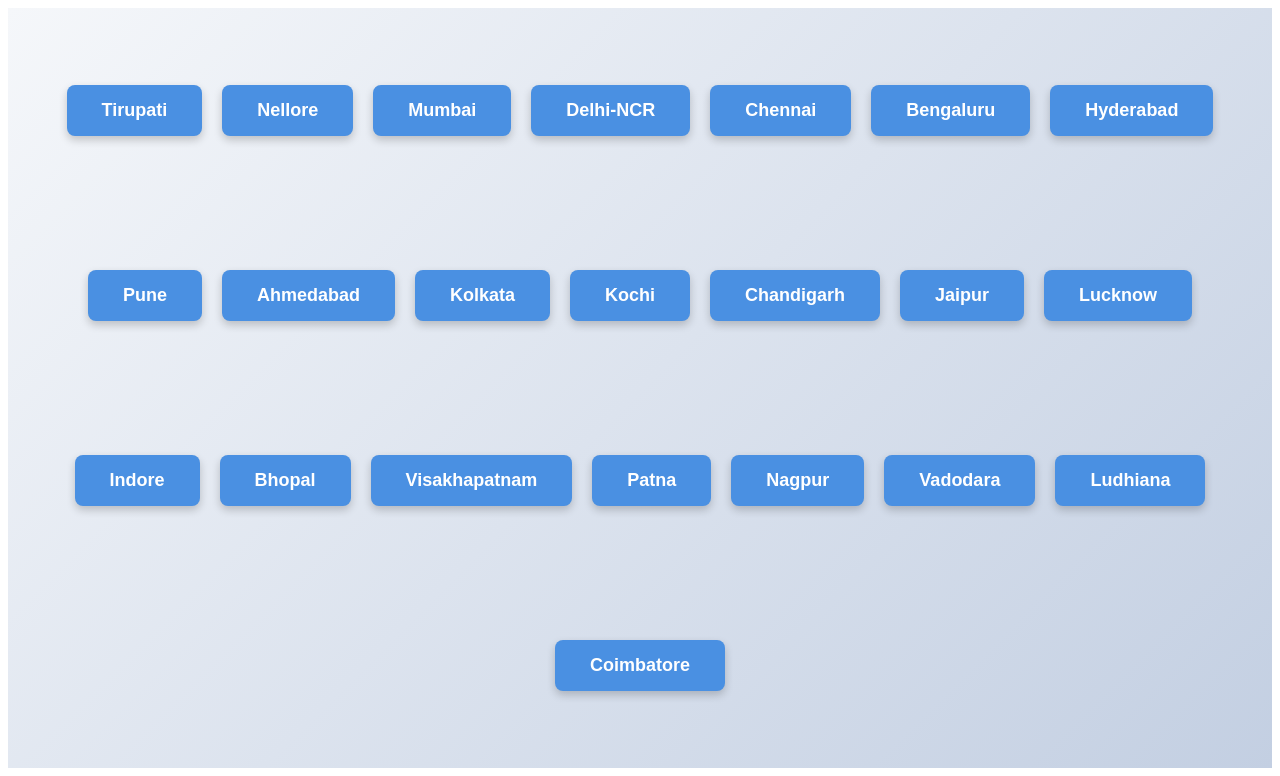
Repository: gnanaprasunag/MovieBookingApp
Page: /navigation (app in frontend/)
These files come from the project's save history. The page is drawn as it stood at one moment and after the next save; the edit follows.
The browser window is 1280 px wide. The pictures show the whole page.
The page's requests for data from a server got no answer. The project was rebuilt for these pictures with package versions that can differ from the ones it lists, and the page was loaded fresh each time. No one was signed in, and anything a server would have sent is missing. Also part of the build but not shown: frontend/src/components/PrivateRoute.js, frontend/src/components/AuthorizeRoute.js.

Above is the page before, as saved 2025-05-05 02:19:19.

### frontend/src/index.js
import React from 'react';
import ReactDOM from 'react-dom/client';
import App from './App';
import { BrowserRouter } from 'react-router-dom'
import { Provider } from 'react-redux';
import { store } from "./components/store";

store.subscribe(()=>{
  console.log("state",store.getState())
})

const root = ReactDOM.createRoot(document.getElementById('root'));
root.render(
  <BrowserRouter>
    <Provider store={store}>
      <App />
      </Provider>
  </BrowserRouter>
);

### frontend/src/App.js
import { Routes, Route } from 'react-router-dom';
import { ToastContainer } from 'react-toastify';
import 'react-toastify/dist/ReactToastify.css';
import { handleReload } from './components/regSlice';
import { useEffect, lazy, Suspense } from 'react';
import PrivateRoute from './components/PrivateRoute';
import AuthorizeRoute from './components/AuthorizeRoute';
import { useDispatch } from 'react-redux';
import {
    reloadMovies,
    reloadCastcrews,
    reloadSingledate,
    reloadTimeplaces,
    reloadBookinghistory,
    reloadRatings
} from './components/movieSlice';
import { useNavigate } from 'react-router-dom';

// Lazy-loaded components
const Register = lazy(() => import('./pages/registerLoginUserprofile/Register'));
const Login = lazy(() => import('./pages/registerLoginUserprofile/Login'));
const Profile = lazy(() => import('./pages/registerLoginUserprofile/Profile'));
const ListUsers = lazy(() => import('./pages/registerLoginUserprofile/ListUsers'));
const Forbidden = lazy(() => import('./pages/registerLoginUserprofile/Forbidden'));
const Direction = lazy(() => import('./pages/Direction'));

const MovieDetails = lazy(() => import('./pages/movieCreation/MovieDetails'));
const CastcrewDetails = lazy(() => import('./pages/castcrewCreation/CastcrewDetails'));
const TimeplaceDetails = lazy(() => import('./pages/timeplaceCreation/TimeplaceDetails'));
const BookingHistory = lazy(() => import('./pages/bookingHistory/BookingHistory'));
const UserBookingHistory = lazy(() => import('./pages/bookingHistory/UserBookingHistory'));
const RatingDetails = lazy(() => import('./pages/rating/RatingDetails'));
const Ratings = lazy(() => import('./pages/rating/Ratings'));
const AllRatings = lazy(() => import('./pages/rating/AllRatings'));

const Genre = lazy(() => import('./pages/Genre'));
const BrowseHere = lazy(() => import('./pages/BrowseHere'));
const Call = lazy(() => import('./pages/Call'));
const VoiceSearch = lazy(() => import('./pages/VoiceSearch'));
const InitialPage = lazy(() => import('./pages/InitialPage'));
const Navigation = lazy(() => import('./pages/Navigation'));
const FandQ = lazy(() => import('./pages/FandQ'));
const Pay = lazy(() => import('./pages/Pay'));
const Onmovieclick = lazy(() => import('./pages/Onmovieclick'));
const Onlocationclick = lazy(() => import('./pages/Onlocationclick'));
const Onbooktickets = lazy(() => import('./pages/Onbooktickets'));
const Onplaceclick = lazy(() => import('./pages/Onplaceclick'));
const Snack = lazy(() => import('./pages/Snack'));
const AllDetails = lazy(() => import('./pages/AllDetails'));
const BookingSummary = lazy(() => import('./pages/BookingSummary'));
const AvailableOffers = lazy(() => import('./pages/AvailableOffers'));
const ApplicableOffers = lazy(() => import('./pages/ApplicableOffers'));

function App() {
    const navigate = useNavigate();
    const dispatch = useDispatch();

    // Reload data and user session when app starts
    useEffect(() => {
        (async () => {
            try {
                console.log('before reload dispatch');
                console.log('in useEffect in app handleReload', handleReload);

                if (localStorage.getItem('token')) {
                    dispatch(handleReload());
                }
                dispatch(reloadMovies());
                dispatch(reloadCastcrews());
                dispatch(reloadTimeplaces());
                dispatch(reloadBookinghistory());
                dispatch(reloadRatings());
                dispatch(reloadSingledate());
            } catch (err) {
                console.log('error', err);
            }
        })();
    }, []);

    // Redirect "/" to /initialpage
    useEffect(() => {
        if (window.location.pathname === '/') {
            navigate('/initialpage');
        }
    }, []);

    return (
        <div className="App">
            <Suspense fallback={<div>Loading...</div>}>
                <Routes>
                    <Route path="/register" element={<Register />} />
                    <Route path="/login" element={<Login />} />
                    <Route path="/direction" element={<Direction />} />

                    <Route path="/moviedetails" element={<PrivateRoute><MovieDetails /></PrivateRoute>} />
                    <Route path="/castcrewdetails" element={<PrivateRoute><CastcrewDetails /></PrivateRoute>} />
                    <Route path="/timeplacedetails" element={<PrivateRoute><TimeplaceDetails /></PrivateRoute>} />
                    <Route path="/bookinghistory" element={<PrivateRoute><BookingHistory /></PrivateRoute>} />
                    <Route path="/userbookinghistory" element={<PrivateRoute><UserBookingHistory /></PrivateRoute>} />
                    <Route path="/ratingdetails" element={<PrivateRoute><RatingDetails /></PrivateRoute>} />
                    <Route path="/ratings" element={<Ratings />} />
                    <Route path="/allratings" element={<AllRatings />} />
                    <Route path="/alldetails" element={<PrivateRoute><AllDetails /></PrivateRoute>} />
                    <Route path="/availableoffers" element={<AvailableOffers />} />
                    <Route path="/applicableoffers" element={<PrivateRoute><ApplicableOffers /></PrivateRoute>} />
                    <Route path="/bookingsummmary" element={<PrivateRoute><BookingSummary /></PrivateRoute>} />
                    <Route path="/genre" element={<Genre />} />
                    <Route path="/browsehere" element={<BrowseHere />} />
                    <Route path="/call" element={<PrivateRoute><Call /></PrivateRoute>} />
                    <Route path="/snack" element={<PrivateRoute><Snack /></PrivateRoute>} />
                    <Route path="/voicesearch" element={<VoiceSearch />} />
                    <Route path="/navigation" element={<Navigation />} />
                    <Route path="/initialpage" element={<InitialPage />} />
                    <Route path="/profile" element={<PrivateRoute><Profile /></PrivateRoute>} />
                    <Route path="/fandq" element={<FandQ />} />
                    <Route path="/pay" element={<PrivateRoute><Pay /></PrivateRoute>} />
                    <Route path="/onmovieclick" element={<Onmovieclick />} />
                    <Route path="/onplaceclick" element={<Onplaceclick />} />
                    <Route path="/onlocationclick" element={<Onlocationclick />} />
                    <Route path="/onbooktickets" element={<Onbooktickets />} />

                    <Route path="/listusers" element={
                        <PrivateRoute>
                            <AuthorizeRoute roles={['admin', 'moderator']}>
                                <ListUsers />
                            </AuthorizeRoute>
                        </PrivateRoute>
                    } />

                    <Route path="/forbidden" element={<Forbidden />} />
                </Routes>
            </Suspense>
            <ToastContainer />
        </div>
    );
}

export default App;

### frontend/src/components/store.js
import { configureStore } from "@reduxjs/toolkit";
import userReducer from "./regSlice";
import movieReducer from "./movieSlice";

export const store = configureStore({
  reducer: {
    user: userReducer,
    movieSlice:movieReducer
  },
});

console.log(store.getState());

### frontend/src/components/regSlice.js
import { createSlice, createAsyncThunk } from '@reduxjs/toolkit';
import { toast } from 'react-toastify';
import axios from '../config/axios';

// ------------------------------
// 🟢 Async Thunks
// ------------------------------

const handleApiErrors = (err, rejectWithValue, defaultMsg = 'An error occurred') => {
    if (err.response?.data?.error) {
        return rejectWithValue({ serverErrors: [err.response.data.error] });
    } else if (err.response?.data?.errors) {
        const array = err.response.data.errors.map((ele) => ele.msg);
        return rejectWithValue({ serverErrors: array });
    } else {
        return rejectWithValue({ serverErrors: [defaultMsg] });
    }
};

export const handleEditProfile = createAsyncThunk(
    "users/handleEditProfile",
    async ({ editId, formData }, { rejectWithValue }) => {
        try {
            const response = await axios.put(
                `/api/users/change-profile/${editId}`,
                formData,
                { headers: { 'Authorization': localStorage.getItem('token') } }
            );
            return response.data;
        } catch (err) {
            return handleApiErrors(err, rejectWithValue, 'Failed to edit profile');
        }
    }
);

export const handleRegister = createAsyncThunk(
    "users/handleRegister",
    async (formData, { rejectWithValue }) => {
        try {
            const response = await axios.post('/api/users/register', formData);
            toast('Successfully Registered', { autoClose: 1000 });
            return response.data;
        } catch (err) {
            return handleApiErrors(err, rejectWithValue, 'Registration failed');
        }
    }
);

export const handleReload = createAsyncThunk(
    "users/handleReload",
    async (_, { rejectWithValue }) => {
        try {
            const response = await axios.get('/api/users/account', {
                headers: { 'Authorization': localStorage.getItem('token') }
            });
            return response.data;
        } catch (err) {
            return handleApiErrors(err, rejectWithValue, 'Failed to reload user data');
        }
    }
);

export const handlemailcheck = createAsyncThunk(
    "users/handleEmailcheck",
    async ({ email }, { rejectWithValue }) => {
        try {
            const response = await axios.post('/api/users/mailcheck', { email });
            return response.data;
        } catch (err) {
            return rejectWithValue({
                serverErrors: ['Email ID is not present']
            });
        }
    }
);

export const handleLogin = createAsyncThunk(
    "users/handleLogin",
    async (formData, { rejectWithValue }) => {
        try {
            const response = await axios.post('/api/users/login', formData, {
                headers: { 'Authorization': localStorage.getItem('token') }
            });
            localStorage.setItem('token', response.data.token);
            toast('Successfully logged in');
            return response.data;
        } catch (err) {
            return handleApiErrors(err, rejectWithValue, 'Login failed');
        }
    }
);

// ------------------------------
// 🟢 Slice
// ------------------------------

const initialState = {
    user: null,
    isLoggedin: false,
    error: null,
    status: "idle",
    editId: null
};

const userSlice = createSlice({
    name: "users",
    initialState,
    reducers: {
        handleEditId: (state, action) => {
            state.editId = action.payload;
        },
        handleLogout: (state) => {
            localStorage.removeItem('token');
            state.user = null;
            state.isLoggedin = false;
            state.error = null;
            state.editId = null;
            state.status = "idle";
            toast("Successfully logged out");
        },
        handleServerErrors: (state, action) => {
            state.error = action.payload;
        }
    },
    extraReducers: (builder) => {
        builder
            // Register
            .addCase(handleRegister.pending, (state) => {
                state.status = "loading";
            })
            .addCase(handleRegister.fulfilled, (state, action) => {
                state.status = "success";
                state.user = action.payload;
                state.error = null;
            })
            .addCase(handleRegister.rejected, (state, action) => {
                state.error = action.payload.serverErrors;
            })

            // Login
            .addCase(handleLogin.pending, (state) => {
                state.status = "loading";
            })
            .addCase(handleLogin.fulfilled, (state, action) => {
                state.isLoggedin = true;
                state.user = action.payload.user;
                state.error = null;
            })
            .addCase(handleLogin.rejected, (state, action) => {
                state.error = action.payload.serverErrors;
            })

            // Reload
            .addCase(handleReload.fulfilled, (state, action) => {
                state.isLoggedin = true;
                state.user = action.payload;
                state.error = null;
            })

            // Edit Profile
            .addCase(handleEditProfile.fulfilled, (state, action) => {
                state.editId = null;
                state.user = action.payload;
                state.error = null;
            })
            .addCase(handleEditProfile.rejected, (state, action) => {
                state.error = action.payload.serverErrors;
            });
    }
});

export const { handleLogout, handleServerErrors, handleEditId } = userSlice.actions;
export default userSlice.reducer;

### frontend/src/components/movieSlice.js
import { createSlice, createAsyncThunk } from '@reduxjs/toolkit';
import axios from '../config/axios';


const handleApiErrors = (err, rejectWithValue) => {
    if (err.response?.data?.error) {
        return rejectWithValue({ serverErrors: [err.response.data.error] });
    } else if (err.response?.data?.errors) {
        const array = err.response.data.errors.map(ele => ele.msg);
        return rejectWithValue({ serverErrors: array });
    } else {
        return rejectWithValue({ serverErrors: ['Unknown error occurred'] });
    }
};

export const reloadSingledate = createAsyncThunk(
    "movies/reloadSingledate",
    async (_, { rejectWithValue }) => {
        try {
            const response = await axios.get('/api/singledate');
            return response.data;
        } catch (err) {
            return handleApiErrors(err, rejectWithValue);
        }
    }
);

export const reloadMovies = createAsyncThunk(
    "movies/reloadMovies",
    async (_, { rejectWithValue }) => {
        try {
            const response = await axios.get('/api/movies');
            return response.data;
        } catch (err) {
            return handleApiErrors(err, rejectWithValue);
        }
    }
);

export const reloadCastcrews = createAsyncThunk(
    "movies/reloadCastcrews",
    async (_, { rejectWithValue }) => {
        try {
            const response = await axios.get('/api/castcrew');
            return response.data;
        } catch (err) {
            return handleApiErrors(err, rejectWithValue);
        }
    }
);

export const reloadTimeplaces = createAsyncThunk(
    "movies/reloadTimeplaces",
    async (_, { rejectWithValue }) => {
        try {
            const response = await axios.get('/api/timeplace');
            return response.data;
        } catch (err) {
            return handleApiErrors(err, rejectWithValue);
        }
    }
);

export const reloadBookinghistory = createAsyncThunk(
    "movies/reloadBookinghistory",
    async (_, { rejectWithValue }) => {
        try {
            const response = await axios.get('/api/bookinghistory');
            return response.data;
        } catch (err) {
            return handleApiErrors(err, rejectWithValue);
        }
    }
);

export const reloadRatings = createAsyncThunk(
    "movies/reloadRatings",
    async (_, { rejectWithValue }) => {
        try {
            const response = await axios.get('/api/rating');
            return response.data;
        } catch (err) {
            return handleApiErrors(err, rejectWithValue);
        }
    }
);

// ------------------------------
// 🟢 Slice
// ------------------------------

const initialState = {
    allmovies: null,
    allcastcrews: null,
    alltimeplaces: null,
    allbookinghistories: null,
    allratings: null,
    allsingledate: null,
    error: null,
    status: "idle",
    editId: null
};

const movieSlice = createSlice({
    name: "movies",
    initialState,
    reducers: {
        handleEditId: (state, action) => {
            state.editId = action.payload;
        },
        handleServerErrors: (state, action) => {
            state.error = action.payload;
        },
        moviesAfterEdit: (state, action) => {
            state.allmovies = action.payload;
        },
        castcrewAfterRemove: (state, action) => {
            state.allcastcrews = action.payload;
        },
        timeplaceAfterRemove: (state, action) => {
            state.alltimeplaces = action.payload;
        },
        ratingAfterRemove: (state, action) => {
            state.allratings = action.payload;
        }
    },
    extraReducers: (builder) => {
        builder
            .addCase(reloadMovies.pending, (state) => {
                state.status = "loading";
            })
            .addCase(reloadMovies.fulfilled, (state, action) => {
                state.allmovies = action.payload;
                state.status = "idle";
            })
            .addCase(reloadMovies.rejected, (state, action) => {
                state.error = action.payload?.serverErrors;
                state.status = "idle";
            })
            .addCase(reloadSingledate.fulfilled, (state, action) => {
                state.allsingledate = action.payload;
            })
            .addCase(reloadCastcrews.fulfilled, (state, action) => {
                state.allcastcrews = action.payload;
            })
            .addCase(reloadCastcrews.rejected, (state, action) => {
                state.error = action.payload?.serverErrors;
            })
            .addCase(reloadTimeplaces.fulfilled, (state, action) => {
                state.alltimeplaces = action.payload;
            })
            .addCase(reloadBookinghistory.fulfilled, (state, action) => {
                state.allbookinghistories = action.payload;
            })
            .addCase(reloadRatings.fulfilled, (state, action) => {
                state.allratings = action.payload;
            });
    }
});

export const {
    handleEditId,
    handleServerErrors,
    moviesAfterEdit,
    castcrewAfterRemove,
    timeplaceAfterRemove,
    ratingAfterRemove
} = movieSlice.actions;

export default movieSlice.reducer;

### frontend/src/pages/Navigation.js
import { useState } from "react";
import { useNavigate } from "react-router-dom";
import "./navigation.css"; // Assuming the CSS file is in the same directory

export default function Navigation() {
  const navigate = useNavigate();
  const [selectedLocation, setSelectedLocation] = useState("");

  const places = [
    "Tirupati",
    "Nellore",
    "Mumbai",
    "Delhi-NCR",
    "Chennai",
    "Bengaluru",
    "Hyderabad",
    "Pune",
    "Ahmedabad",
    "Kolkata",
    "Kochi",
    "Chandigarh",
    "Jaipur",
    "Lucknow",
    "Indore",
    "Bhopal",
    "Visakhapatnam",
    "Patna",
    "Nagpur",
    "Vadodara",
    "Ludhiana",
    "Coimbatore",
  ];

  const handleClick = (ele) => {
    setSelectedLocation(ele);
    navigate("/initialpage", { state: { selectedlocation: ele } });
  };

  return (
    <div className="navigation-container">
      {places.map((ele, i) => (
        <button
          key={i}
          onClick={() => handleClick(ele)}
          className="location-button"
        >
          {ele}
        </button>
      ))}
    </div>
  );
}

### frontend/src/config/axios.js
import axios from 'axios'
//we can create axios configuration object
export default axios.create({
    baseURL:'http://localhost:9213'
})

### frontend/src/pages/navigation.css
/* Full-page container styling */
.navigation-container {
    display: flex;
    flex-wrap: wrap;
    justify-content: center;
    align-items: center;
    min-height: 100vh;
    background: linear-gradient(135deg, #f5f7fa, #c3cfe2); /* Soft gradient */
    gap: 20px;
    padding: 20px;
}

/* Location button styling */
.location-button {
    padding: 15px 35px;
    background-color: #4a90e2; /* Elegant blue */
    color: #fff;
    border: none;
    border-radius: 8px;
    font-size: 18px;
    font-weight: 600;
    cursor: pointer;
    box-shadow: 0 4px 8px rgba(0, 0, 0, 0.2);
    transition: all 0.3s ease;
    text-transform: capitalize;
}

/* Hover effect */
.location-button:hover {
    background-color: #357ABD;
    transform: translateY(-3px);
    box-shadow: 0 6px 12px rgba(0, 0, 0, 0.3);
}

/* Click effect */
.location-button:active {
    transform: translateY(0);
    box-shadow: 0 4px 8px rgba(0, 0, 0, 0.2);
}

Loaded but not shown: frontend/public/index.html (common file)

After the next save:
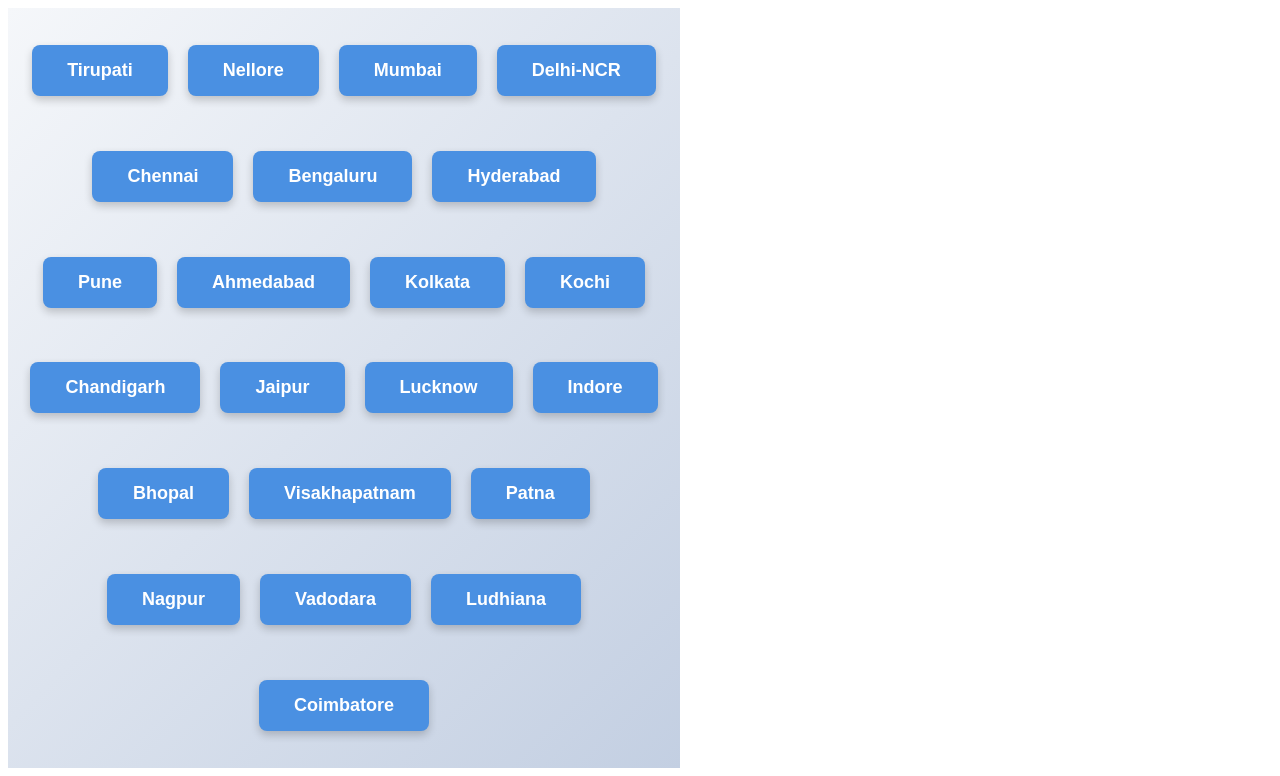
Saved 74 s later.
--- a/frontend/src/pages/navigation.css
+++ b/frontend/src/pages/navigation.css
@@ -8,6 +8,7 @@
     background: linear-gradient(135deg, #f5f7fa, #c3cfe2); /* Soft gradient */
     gap: 20px;
     padding: 20px;
+    max-width:50%;
 }
 
 /* Location button styling */
